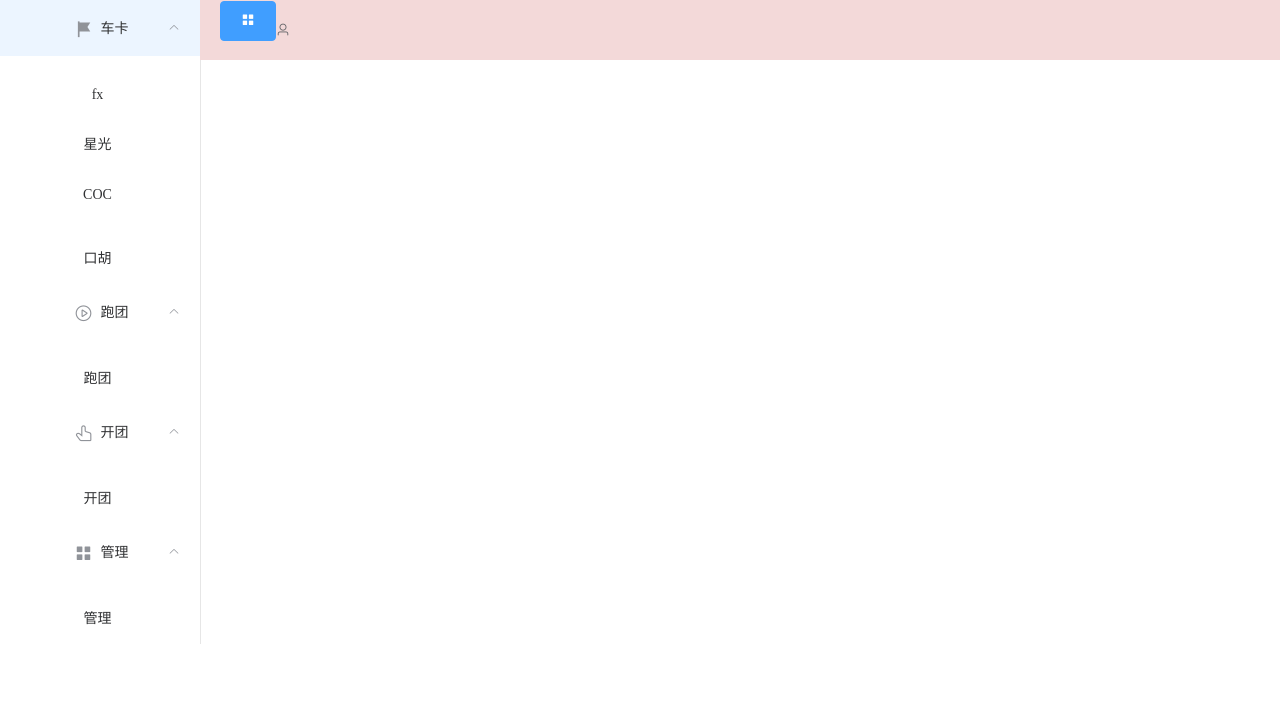
Repository: redlout/ptgkd
Page: /
The author's editor kept a copy of each file at every save. The page is drawn from the files as they stood at one save, then again after the next save.
The browser window is 1280 px wide. The pictures show the whole page.
The project was rebuilt for these pictures with package versions that can differ from the ones it lists, and the page was loaded fresh each time. Also part of the build but not shown: src/mock/mock.js, src/views/Login.vue, src/components/SvgIcon/index.vue.

Above is the page before, as saved 2019-09-02 16:57:01.

After the next save:
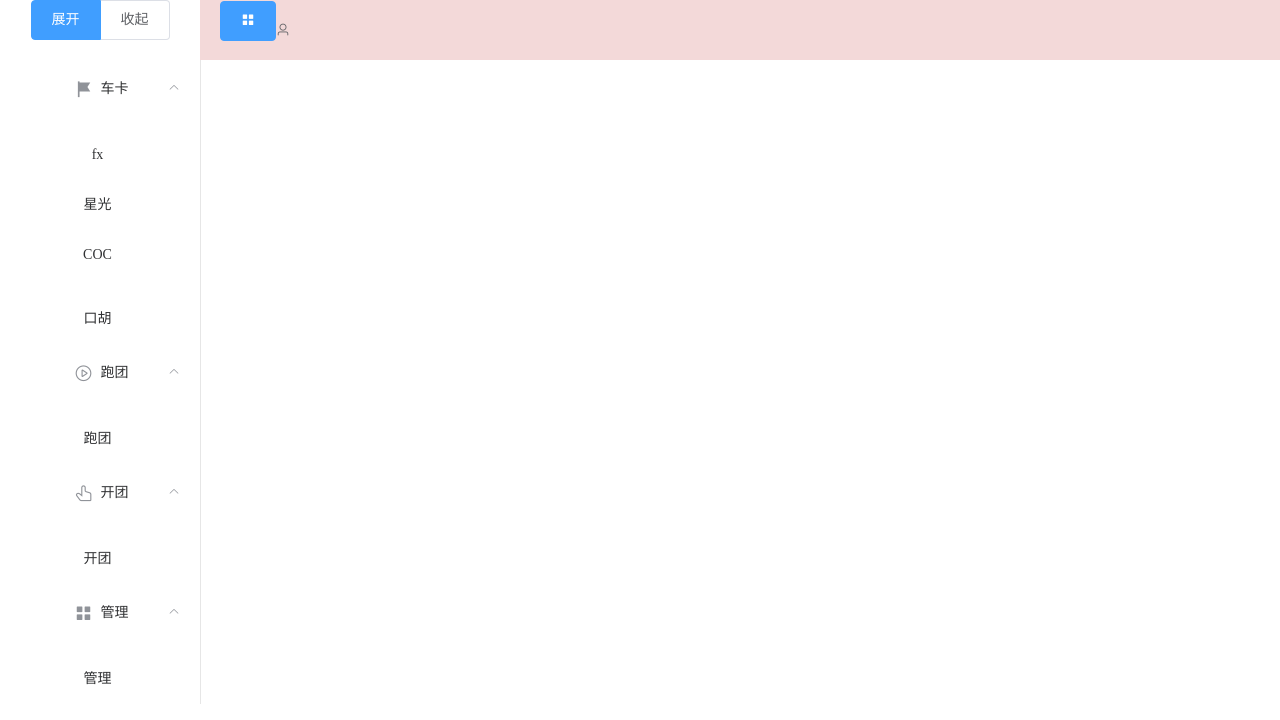
Saved 35 s later.
--- a/src/components/AsideBar/index.vue
+++ b/src/components/AsideBar/index.vue
@@ -1,5 +1,6 @@
 <template>
   <el-aside width="initial" style="background-color: rgb(238, 241, 246) ">
+
     <el-menu
       :default-openeds="['1','2','3','4']"
       class="el-menu-vertical-demo"
@@ -7,6 +8,10 @@
       @close="handleClose"
       :collapse="isCollapse"
     >
+        <el-radio-group v-model="isCollapse" style="margin-bottom:20px;">
+      <el-radio-button :label="false">展开</el-radio-button>
+      <el-radio-button :label="true">收起</el-radio-button>
+    </el-radio-group>
       <el-submenu index="1">
         <template slot="title">
           <i class="el-icon-s-flag"></i>
@@ -67,9 +72,6 @@
     },
     handleClose(key, keyPath) {
       // console.log(key,keyPath)
-    },
-    isCollapse: function(){
-      this.$store.commit('collapse');
     }
   }
 };
@@ -83,8 +85,8 @@
   line-height: 10px;
   position: absolute;
 }
-.el-menu-vertical-demo:not(.el-menu--collapse) {
-  width: 200px;
-  min-height: 400px;
-}
+  .el-menu-vertical-demo:not(.el-menu--collapse) {
+    width: 200px;
+    min-height: 400px;
+  }
 </style>

After the 2 saves that followed:
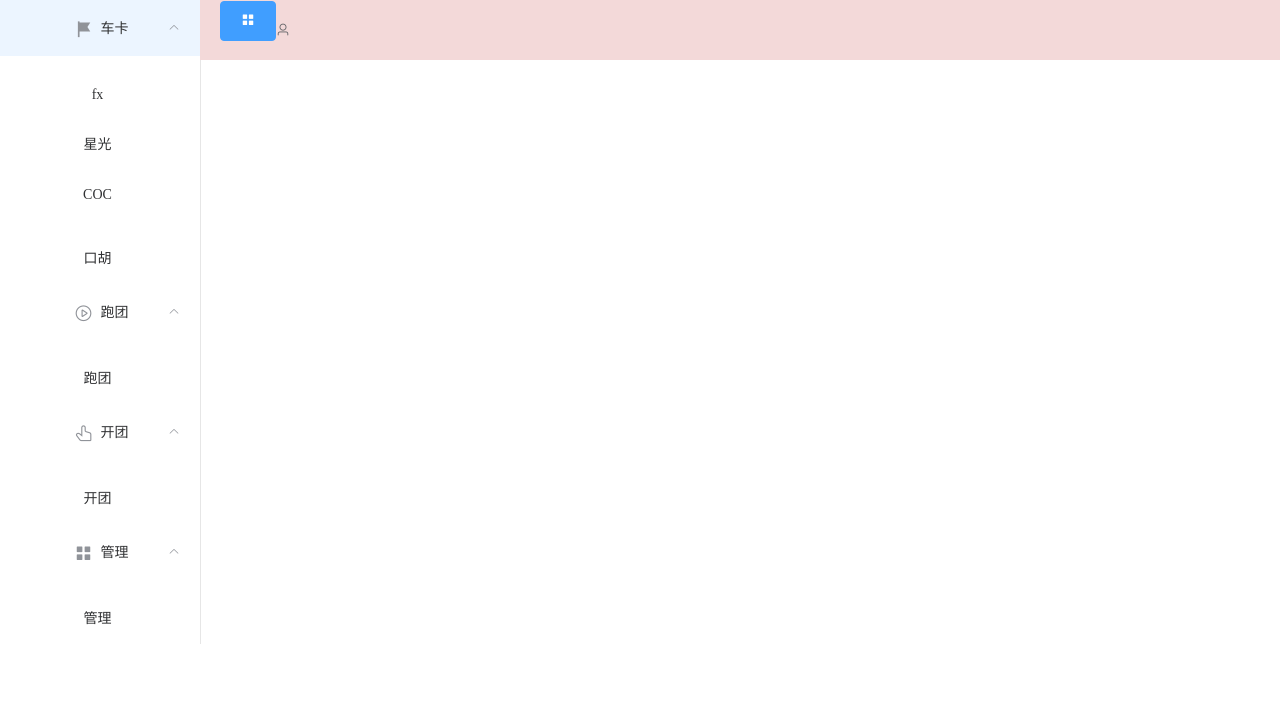
The 2 saves are shown as one change because they came seconds apart.
The last was saved 10 s later.
--- a/src/components/AsideBar/index.vue
+++ b/src/components/AsideBar/index.vue
@@ -1,6 +1,5 @@
 <template>
   <el-aside width="initial" style="background-color: rgb(238, 241, 246) ">
-
     <el-menu
       :default-openeds="['1','2','3','4']"
       class="el-menu-vertical-demo"
@@ -8,10 +7,6 @@
       @close="handleClose"
       :collapse="isCollapse"
     >
-        <el-radio-group v-model="isCollapse" style="margin-bottom:20px;">
-      <el-radio-button :label="false">展开</el-radio-button>
-      <el-radio-button :label="true">收起</el-radio-button>
-    </el-radio-group>
       <el-submenu index="1">
         <template slot="title">
           <i class="el-icon-s-flag"></i>
